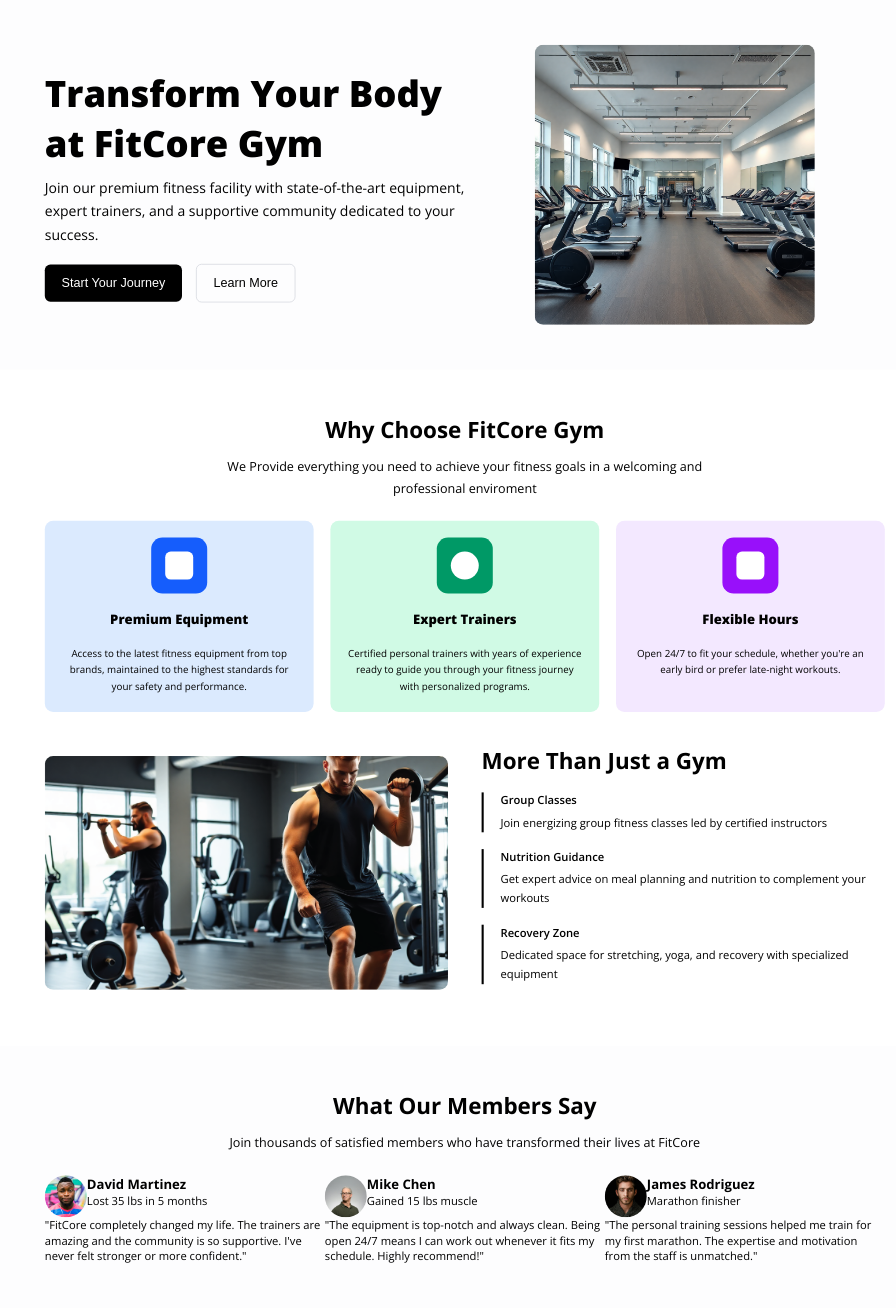
Repository: abdobadawi-ops/Route-Academy-Assignments
Page: Secon Assignment - fit-core-gym/index.html
The author's editor kept a copy of each file at every save. The page is drawn from the files as they stood at one save, then again after the next save.
The browser window is 1280 px wide. The pictures show the whole page, at 70% of full size.

Above is the page before, as saved 2026-04-28 13:38:03.

### Secon Assignment - fit-core-gym/index.html
<!doctype html>
<html lang="en">
  <head>
    <meta charset="UTF-8" />
    <meta name="viewport" content="width=device-width, initial-scale=1.0" />
    <title>FitCore Gym | Assignment 2</title>
    <meta
      name="description"
      content="Transform Your Body at FitCore Gym, We provide everything you need to achieve your fitness goals in a welcoming and professional environment."
    />
    <link rel="shortcut icon" href="./imgs/favicon.png" type="image/x-icon" />
    <link rel="preconnect" href="https://fonts.googleapis.com" />
    <link rel="preconnect" href="https://fonts.gstatic.com" crossorigin />
    <link
      href="https://fonts.googleapis.com/css2?family=Open+Sans:ital,wght@0,300..800;1,300..800&display=swap"
      rel="stylesheet"
    />
    <link rel="stylesheet" href="./style.css" />
  </head>
  <body>
    <header>
      <div class="container grid-2-cols">
        <div class="left">
          <h1>Transform Your Body at FitCore Gym</h1>
          <p>
            Join our premium fitness facility with state-of-the-art equipment,
            expert trainers, and a supportive community dedicated to your
            success.
          </p>
          <div class="buttons">
            <button class="btn btn--main">Start Your Journey</button>
            <button class="btn btn--alt">Learn More</button>
          </div>
        </div>
        <img src="./imgs/hero-section-img.png" alt="fitcore gym" />
      </div>
    </header>

    <section>
      <div class="container">
        <div class="section-heading">
          <h2>Why Choose FitCore Gym</h2>
          <p>
            We Provide everything you need to achieve your fitness goals in a
            welcoming and professional enviroment
          </p>
        </div>

        <div class="features grid-3-cols">
          <div class="feat">
            <div class="icon">
              <div></div>
            </div>
            <h3>Premium Equipment</h3>
            <p>
              Access to the latest fitness equipment from top brands, maintained
              to the highest standards for your safety and performance.
            </p>
          </div>
          <div class="feat">
            <div class="icon">
              <div></div>
            </div>
            <h3>Expert Trainers</h3>
            <p>
              Certified personal trainers with years of experience ready to
              guide you through your fitness journey with personalized programs.
            </p>
          </div>
          <div class="feat">
            <div class="icon">
              <div></div>
            </div>
            <h3>Flexible Hours</h3>
            <p>
              Open 24/7 to fit your schedule, whether you're an early bird or
              prefer late-night workouts.
            </p>
          </div>
        </div>

        <div class="premium grid-2-cols">
          <img
            src="./imgs/why-choose-us.png"
            alt="Men left weights in the gym"
          />
          <div class="items">
            <h3>More Than Just a Gym</h3>
            <div class="item">
              <h4>Group Classes</h4>
              <p>
                Join energizing group fitness classes led by certified
                instructors
              </p>
            </div>
            <div class="item">
              <h4>Nutrition Guidance</h4>
              <p>
                Get expert advice on meal planning and nutrition to complement
                your workouts
              </p>
            </div>
            <div class="item">
              <h4>Recovery Zone</h4>
              <p>
                Dedicated space for stretching, yoga, and recovery with
                specialized equipment
              </p>
            </div>
          </div>
        </div>
      </div>
    </section>

    <section class="special-bg">
      <div class="container">
        <div class="section-heading">
          <h2>What Our Members Say</h2>
          <p>
            Join thousands of satisfied members who have transformed their lives
            at FitCore
          </p>
        </div>

        <div class="testimonials grid-3-cols">
          <div class="review">
            <div class="author-box">
              <img
                src="./imgs/avatar-1.jpg"
                alt="David Martinez"
                class="author-img"
              />
              <div class="author-info">
                <h3 class="author-name">David Martinez</h3>
                <p class="author-desc">Lost 35 lbs in 5 months</p>
              </div>
            </div>
            <p class="review-text">
              "FitCore completely changed my life. The trainers are amazing and
              the community is so supportive. I've never felt stronger or more
              confident."
            </p>
          </div>

          <div class="review">
            <div class="author-box">
              <img
                src="./imgs/avatar-2.jpg"
                alt="Mike Chen
"
                class="author-img"
              />
              <div class="author-info">
                <h3 class="author-name">Mike Chen</h3>
                <p class="author-desc">Gained 15 lbs muscle</p>
              </div>
            </div>
            <p class="review-text">
              "The equipment is top-notch and always clean. Being open 24/7
              means I can work out whenever it fits my schedule. Highly
              recommend!"
            </p>
          </div>

          <div class="review">
            <div class="author-box">
              <img
                src="./imgs/avatar-3.jpg"
                alt="James Rodriguez"
                class="author-img"
              />
              <div class="author-info">
                <h3 class="author-name">James Rodriguez</h3>
                <p class="author-desc">Marathon finisher</p>
              </div>
            </div>
            <p class="review-text">
              "The personal training sessions helped me train for my first
              marathon. The expertise and motivation from the staff is
              unmatched."
            </p>
          </div>
        </div>
      </div>
    </section>
  </body>
</html>

### Secon Assignment - fit-core-gym/style.css
/* variables */
:root {
  --main-color: #000;
  --section-color: #fdfdfe;
}

/* global rules */
* {
  box-sizing: border-box;
  margin: 0;
  padding: 0;
}

body {
  font-family: "Open Sans", sans-serif;
}

.container {
  width: 1200px;
  margin-inline: auto;
}

section {
  padding: 64px;
}

.special-bg {
  background-color: var(--section-color);
}

/* components */
.grid-2-cols {
  display: grid;
  grid-template-columns: repeat(2, 1fr);
  align-items: center;
}

.grid-3-cols {
  display: grid;
  grid-template-columns: repeat(3, 1fr);
}

.section-heading {
  text-align: center;
  width: 700px;
  margin-inline: auto;
  margin-bottom: 32px;

  h2 {
    font-size: 32px;
    margin-bottom: 16px;
  }

  p {
    font-size: 18px;
    line-height: 1.7;
  }
}

/* header */

header {
  background-color: var(--section-color);
  padding: 64px;
  & h1 {
    font-size: 52px;
    font-weight: 900;
  }

  p {
    font-size: 20px;
    line-height: 1.7;
    margin-top: 12px;
    margin-bottom: 24px;
  }

  .btn {
    background: none;
    border: none;
    font-size: 18px;
    color: #fff;
    padding: 16px 24px;
    border-radius: 8px;
    cursor: pointer;
  }

  .buttons {
    display: flex;
    align-items: center;
    gap: 20px;
  }

  .btn--main {
    background-color: var(--main-color);
  }

  .btn--alt {
    background-color: var(--section-color);
    color: var(--main-color);
    border: 1px solid #d1d5dc;
  }

  img {
    width: 400px;
    justify-self: center;
    border-radius: 12px;
  }
}

/* features */

.features {
  column-gap: 24px;
  text-align: center;
  margin-bottom: 48px;

  .feat {
    display: flex;
    flex-direction: column;
    gap: 24px;
    padding: 24px;
    border-radius: 12px;

    h3 {
      font-weight: 800;
    }

    p {
      font-size: 14px;
      line-height: 1.7;
    }
  }

  .icon {
    width: 80px;
    height: 80px;
    border-radius: 16px;
    margin-inline: auto;
    background-color: #155dfc;
    display: flex;
    align-items: center;
    justify-content: center;

    & div {
      width: 40px;
      height: 40px;
      background-color: #fff;
      border-radius: 8px;
    }
  }

  .feat:nth-child(1) {
    background-color: #dbeafe;
  }

  .feat:nth-child(2) {
    background-color: #d0fae5;

    .icon {
      background-color: #009966;

      div {
        border-radius: 50%;
      }
    }
  }

  .feat:nth-child(3) {
    background-color: #f3e8ff;

    .icon {
      background-color: #9810fa;
    }
  }
}

.premium {
  gap: 48px;

  img {
    width: 100%;
    border-radius: 12px;
  }

  h3 {
    font-size: 32px;
    margin-bottom: 24px;
  }

  .item {
    display: flex;
    flex-direction: column;
    border-left: 3px solid #000;
    padding-left: 24px;
    margin-bottom: 24px;

    h4 {
      margin-bottom: 8px;
      font-weight: 600;
    }

    p {
      font-size: 16px;
      line-height: 1.7;
    }
  }
}

/* testimonials */

.testimonials {
  .author-box {
    display: flex;
  }

  .author-img {
    width: 60px;
    border-radius: 50%;
  }
}

After the next save:
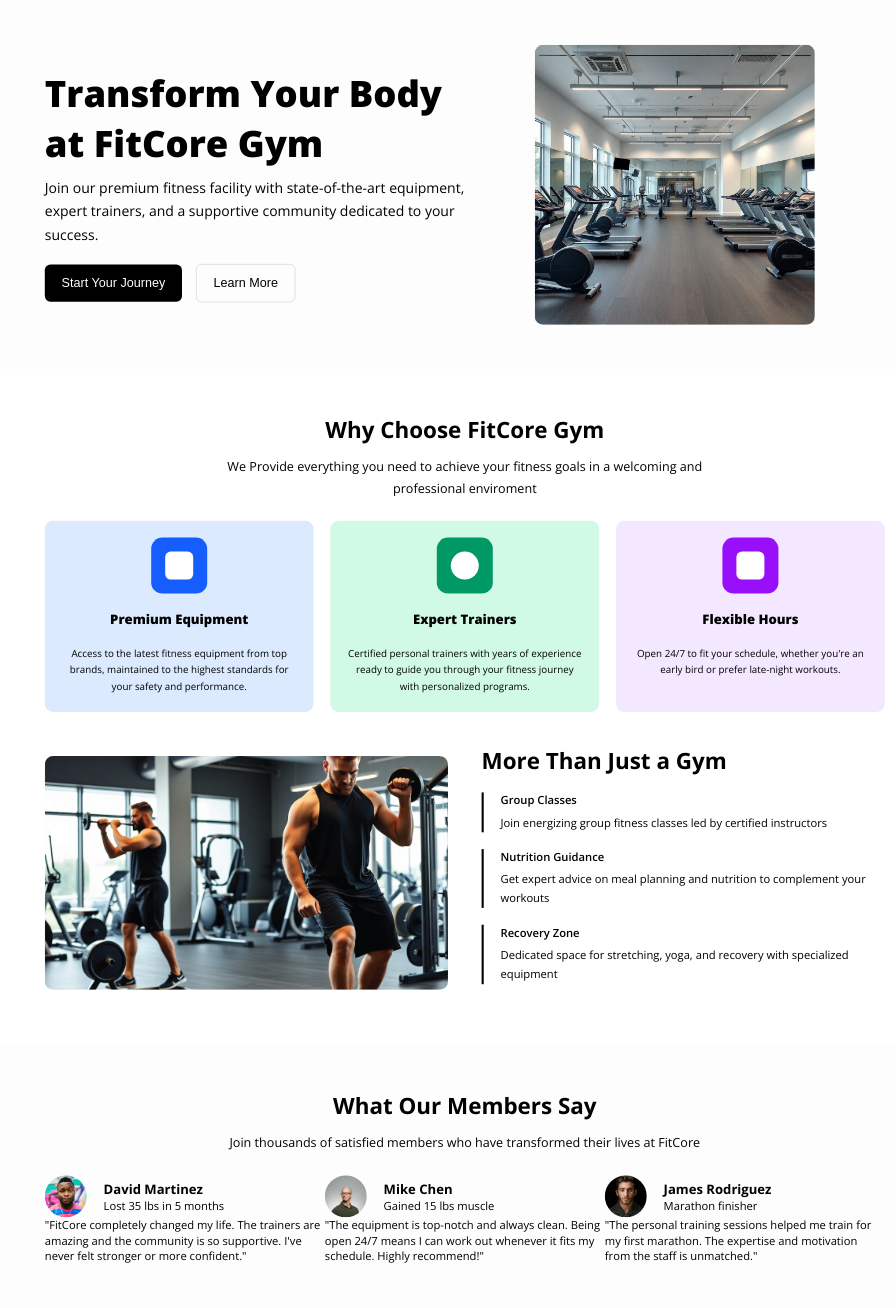
Saved 17 s later.
--- a/Secon Assignment - fit-core-gym/style.css
+++ b/Secon Assignment - fit-core-gym/style.css
@@ -211,6 +211,8 @@ header {
 .testimonials {
   .author-box {
     display: flex;
+    align-items: center;
+    gap: 24px;
   }
 
   .author-img {
